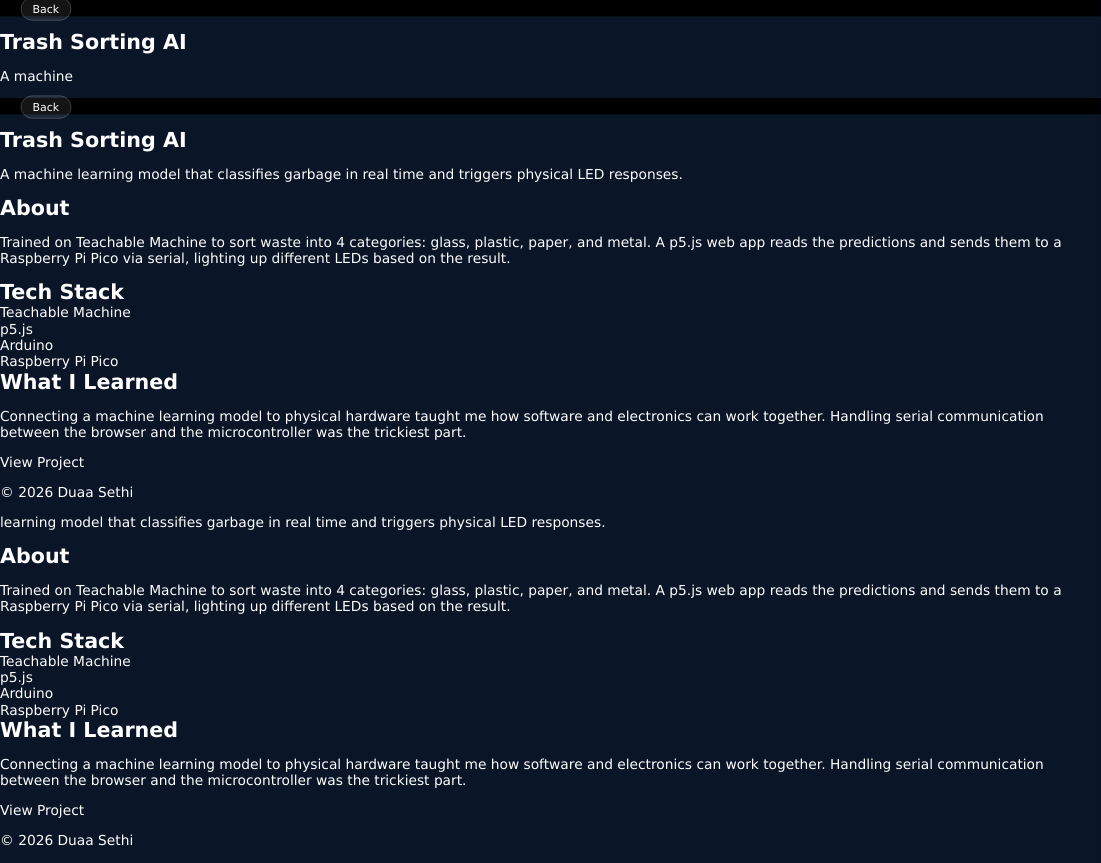
Repository: Duaa-Sethi/Duaa-Sethi
Page: pages/trash-sorting.html
An editor plug-in stored every save of this project. The page is shown before and after the next save, followed by the edit.
The browser window is 1280 px wide. The pictures show the whole page, at 86% of full size.
Some web fonts or font styles are not loaded; a fallback is used.

Above is the page before, as saved 2026-05-08 17:26:32.

### pages/trash-sorting.html
<!doctype html>
<html lang="en">
  <head>
    <meta charset="UTF-8" />
    <meta name="viewport" content="width=device-width, initial-scale=1.0" />
    <title>Trash Sorting AI | Duaa Sethi</title>
    <link rel="stylesheet" href="../styles/globals.css" />
    <link rel="stylesheet" href="../styles/project.css" />
  </head>
  <body>
    <nav>
      <ul>
        <li><a href="../index.html" class="tag">Back</a></li>
      </ul>
    </nav>

    <main>
      <h1>Trash Sorting AI</h1>
      <p>
        A machine <!doctype html>
        <html lang="en">
          <head>
            <meta charset="UTF-8" />
            <meta
              name="viewport"
              content="width=device-width, initial-scale=1.0"
            />
            <title>Trash Sorting AI | Duaa Sethi</title>
            <link rel="stylesheet" href="../styles/globals.css" />
            <link rel="stylesheet" href="../styles/project.css" />
          </head>
          <body>
            <nav>
              <ul>
                <li><a href="../index.html" class="tag">Back</a></li>
              </ul>
            </nav>

            <main>
              <h1>Trash Sorting AI</h1>
              <p>
                A machine learning model that classifies garbage in real time
                and triggers physical LED responses.
              </p>

              <h2>About</h2>
              <p>
                Trained on Teachable Machine to sort waste into 4 categories:
                glass, plastic, paper, and metal. A p5.js web app reads the
                predictions and sends them to a Raspberry Pi Pico via serial,
                lighting up different LEDs based on the result.
              </p>

              <h2>Tech Stack</h2>
              <ul class="tags">
                <li>Teachable Machine</li>
                <li>p5.js</li>
                <li>Arduino</li>
                <li>Raspberry Pi Pico</li>
              </ul>

              <h2>What I Learned</h2>
              <p>
                Connecting a machine learning model to physical hardware taught
                me how software and electronics can work together. Handling
                serial communication between the browser and the microcontroller
                was the trickiest part.
              </p>

              <a
                href="https://editor.p5js.org/duairfansethi/full/mdRLpCkG2"
                target="blank"
                class="btn"
                >View Project</a
              >
            </main>

            <footer>
              <p>© 2026 Duaa Sethi</p>
            </footer>
          </body>
        </html>
        learning model that classifies garbage in real time and triggers
        physical LED responses.
      </p>

      <h2>About</h2>
      <p>
        Trained on Teachable Machine to sort waste into 4 categories: glass,
        plastic, paper, and metal. A p5.js web app reads the predictions and
        sends them to a Raspberry Pi Pico via serial, lighting up different LEDs
        based on the result.
      </p>

      <h2>Tech Stack</h2>
      <ul class="tags">
        <li>Teachable Machine</li>
        <li>p5.js</li>
        <li>Arduino</li>
        <li>Raspberry Pi Pico</li>
      </ul>

      <h2>What I Learned</h2>
      <p>
        Connecting a machine learning model to physical hardware taught me how
        software and electronics can work together. Handling serial
        communication between the browser and the microcontroller was the
        trickiest part.
      </p>

      <a
        href="https://editor.p5js.org/duairfansethi/full/mdRLpCkG2"
        target="blank"
        class="btn"
        >View Project</a
      >
    </main>

    <footer>
      <p>© 2026 Duaa Sethi</p>
    </footer>
  </body>
</html>

### styles/globals.css
/* FONT DEFS */
@font-face {
  font-family: "main font";
  src: url(../assets/fonts/NewsCycle-Regular.ttf);
}

/* CROSS PAGE STYLES */
body {
  font-family: "main font", Verdana, sans-serif;
  color: white;
  margin: 0;
}

h1 {
  font-weight: bold;
  font-size: 1.5rem; /* too small for desktop*/
}

a {
  text-decoration: none;
  color: white;
}
h2,
h3 {
  margin: 0;
}
a:hover {
  text-decoration: underline;
}
ul {
  list-style: none;
  padding: 0;
  margin: 0;
}

### styles/project.css
body {
  background-color: #0a1628;
}
nav {
  background-color: black;
  padding: 0 1.5rem;
}
nav ul {
  display: flex;
}
.tag {
  background-color: rgba(255, 255, 255, 0.08);
  border: 1px solid rgba(255, 255, 255, 0.2);
  border-radius: 20px;
  padding: 0.3rem 0.8rem;
  font-size: 0.8rem;
}
.tag:hover {
  background-color: rgba(255, 255, 255, 0.15);
  text-decoration: none;
}

After the next save:
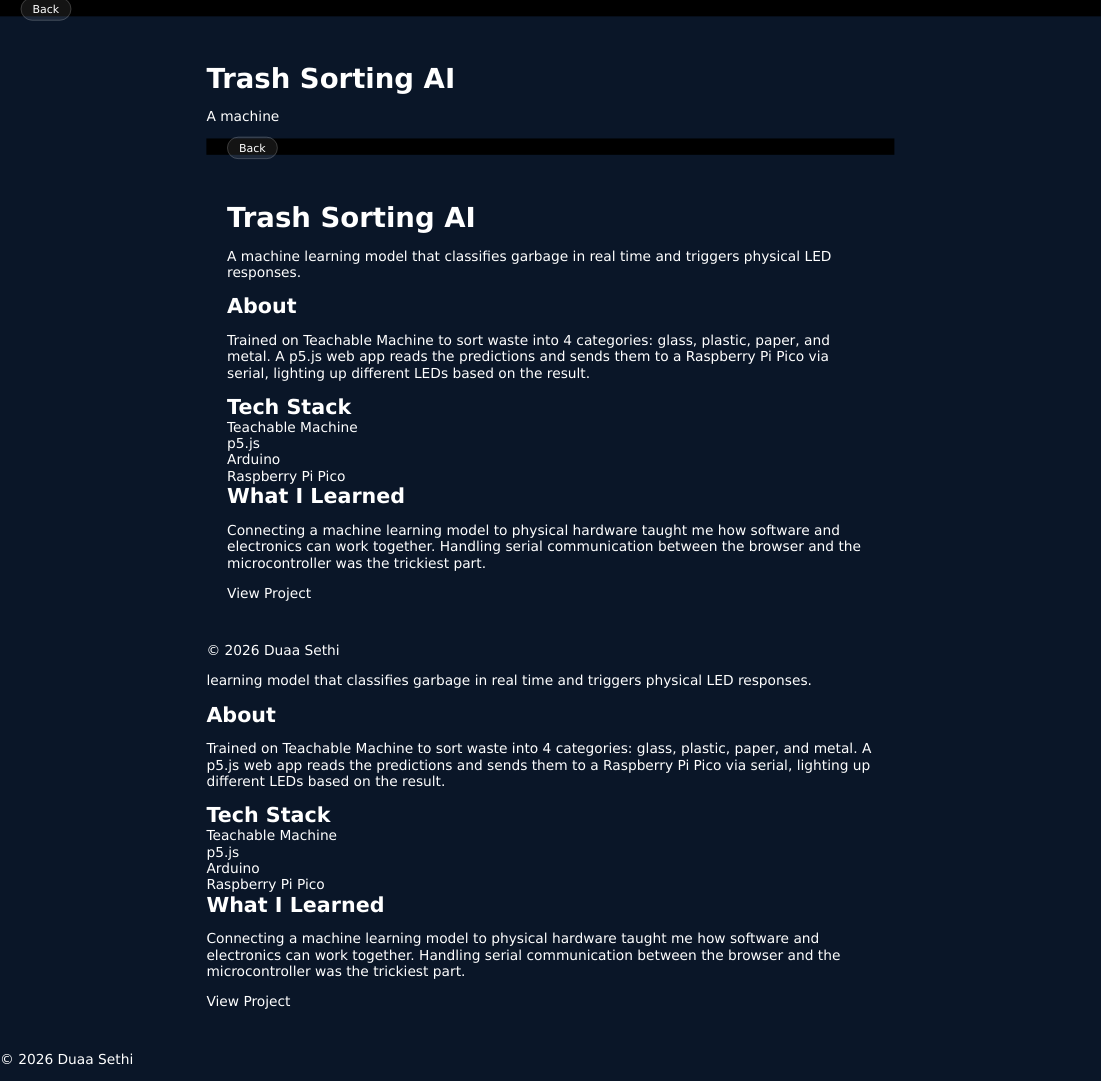
Saved 21 s later.
--- a/styles/project.css
+++ b/styles/project.css
@@ -19,3 +19,13 @@ nav ul {
   background-color: rgba(255, 255, 255, 0.15);
   text-decoration: none;
 }
+main {
+  max-width: 800px;
+  margin: auto;
+  padding: 2rem 1.5rem;
+}
+
+h1 {
+  font-size: 2rem;
+  margin-bottom: 0.5rem;
+}
